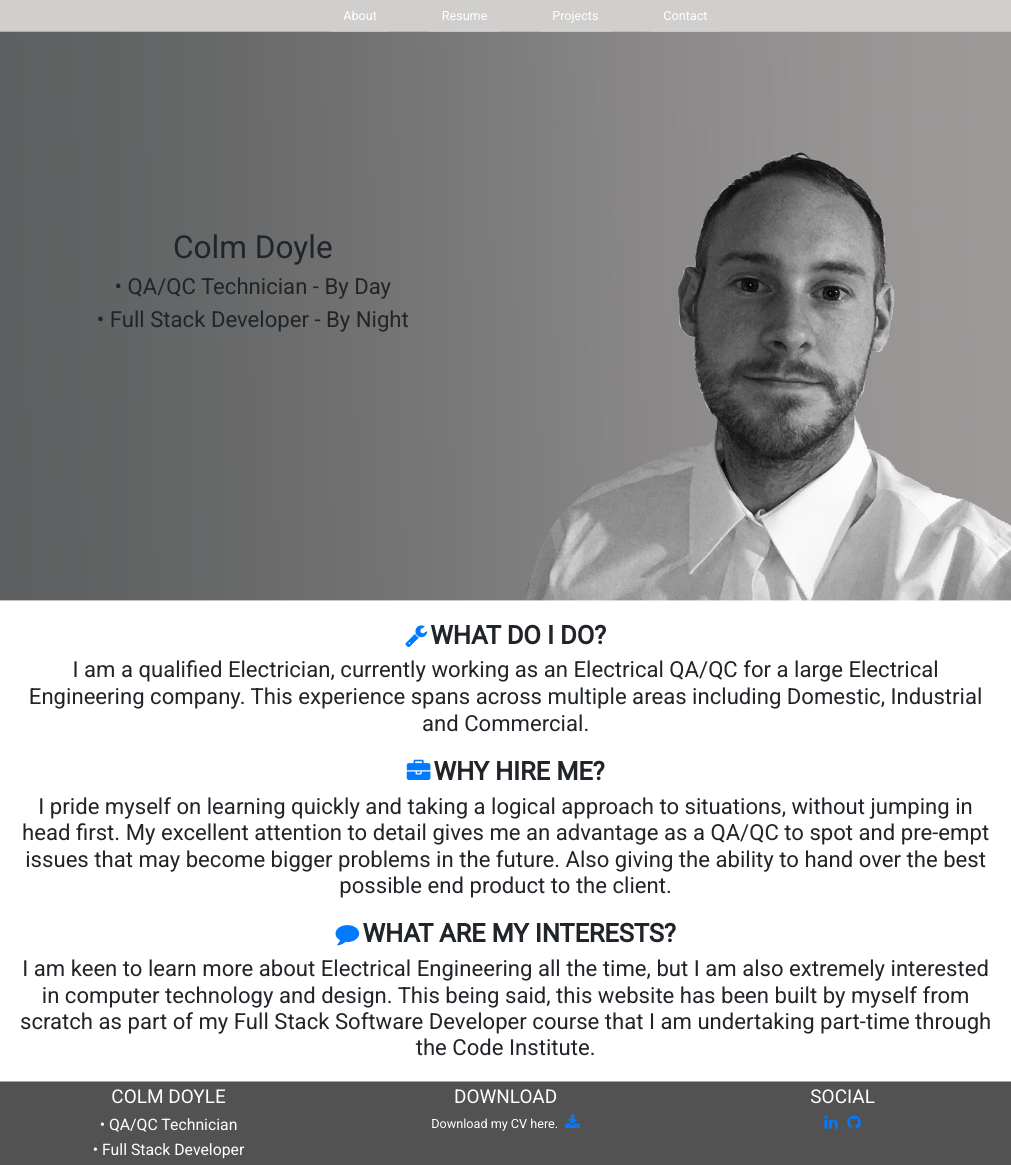
Repository: Code-Institute-Submissions/collyd21-milestone1
Page: index.html
The author's editor kept a record of every edit. The page is drawn from the files as they stood at one moment, then again after the next edit.
The browser window is 1280 px wide. The pictures show the whole page, at 79% of full size.
Some web libraries are served in a nearby version.

Above is the page before.

After the next edit:
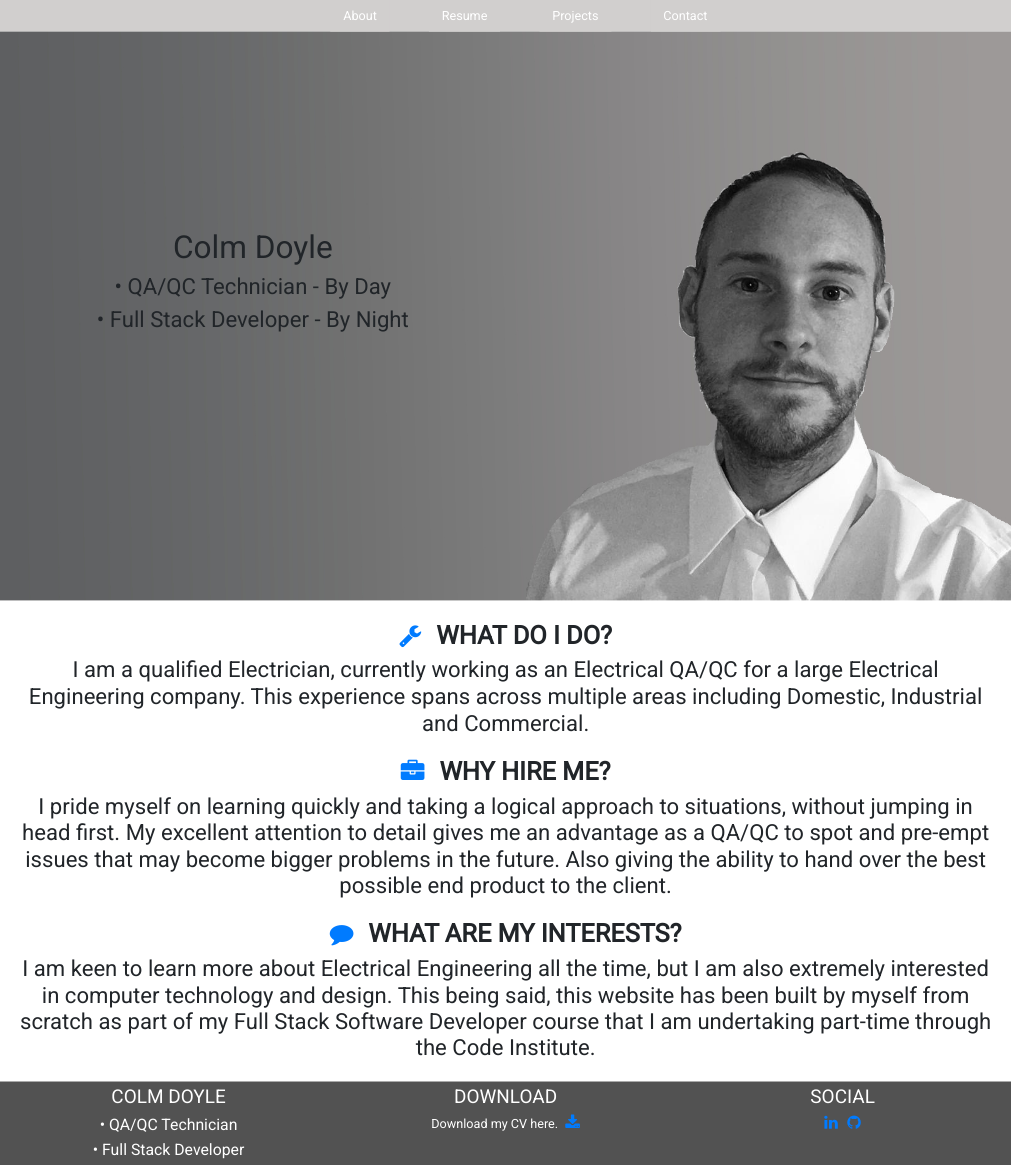
The edit:
--- a/assets/css/style.css
+++ b/assets/css/style.css
@@ -56,6 +56,7 @@
     font-size: 30px;
     color: #007bff;
     text-align: center;
+    margin-right: 15px;
 }
 
 .inline-block {
